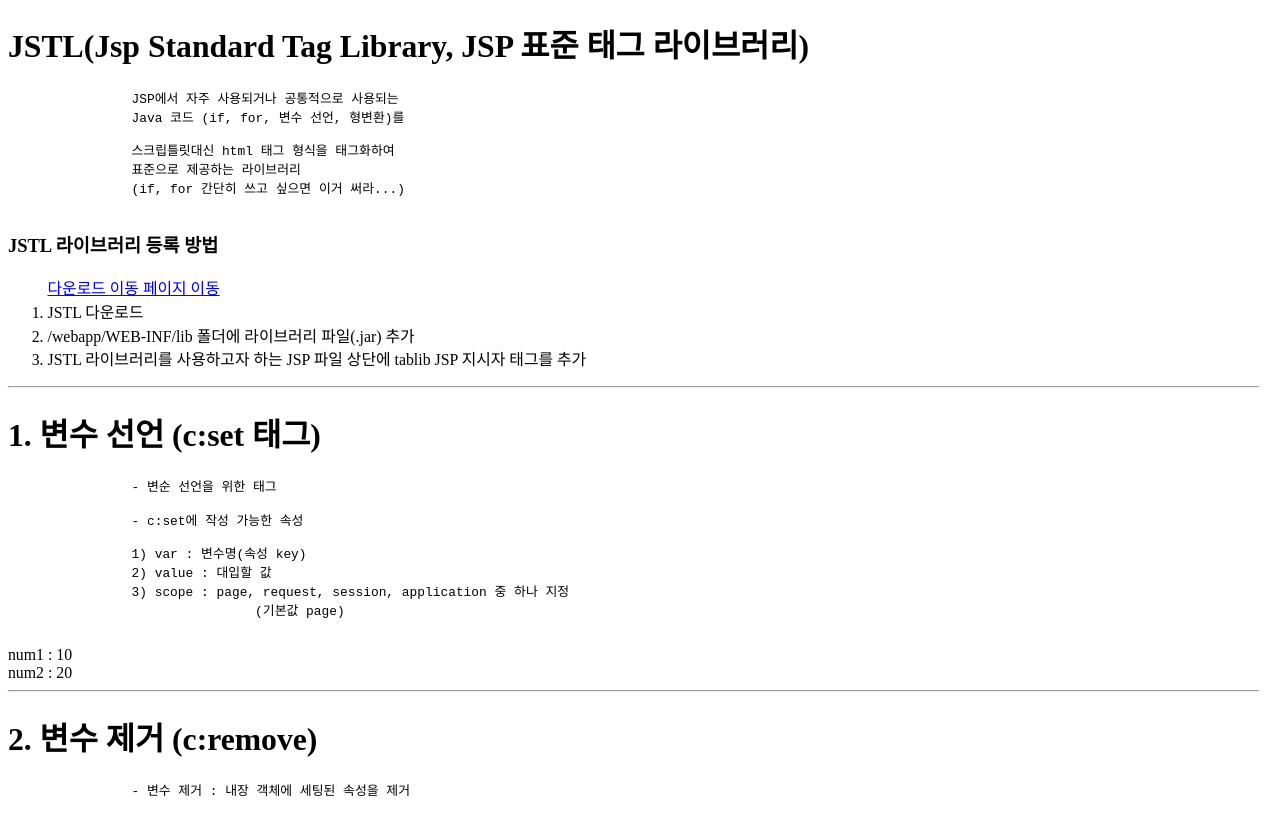
Repository: ahnjaeyoun/6_Server
Page: http://localhost/JSPProject2/jstl/main
An editor plug-in stored every save of this project. The page is shown before and after the next save, followed by the edit.
The browser window is 1280 px wide. The pictures show the whole page, at 99% of full size.
The page is served by Tomcat 9.

Above is the page before, as saved 2023-09-19 03:31:28.

After the next save:
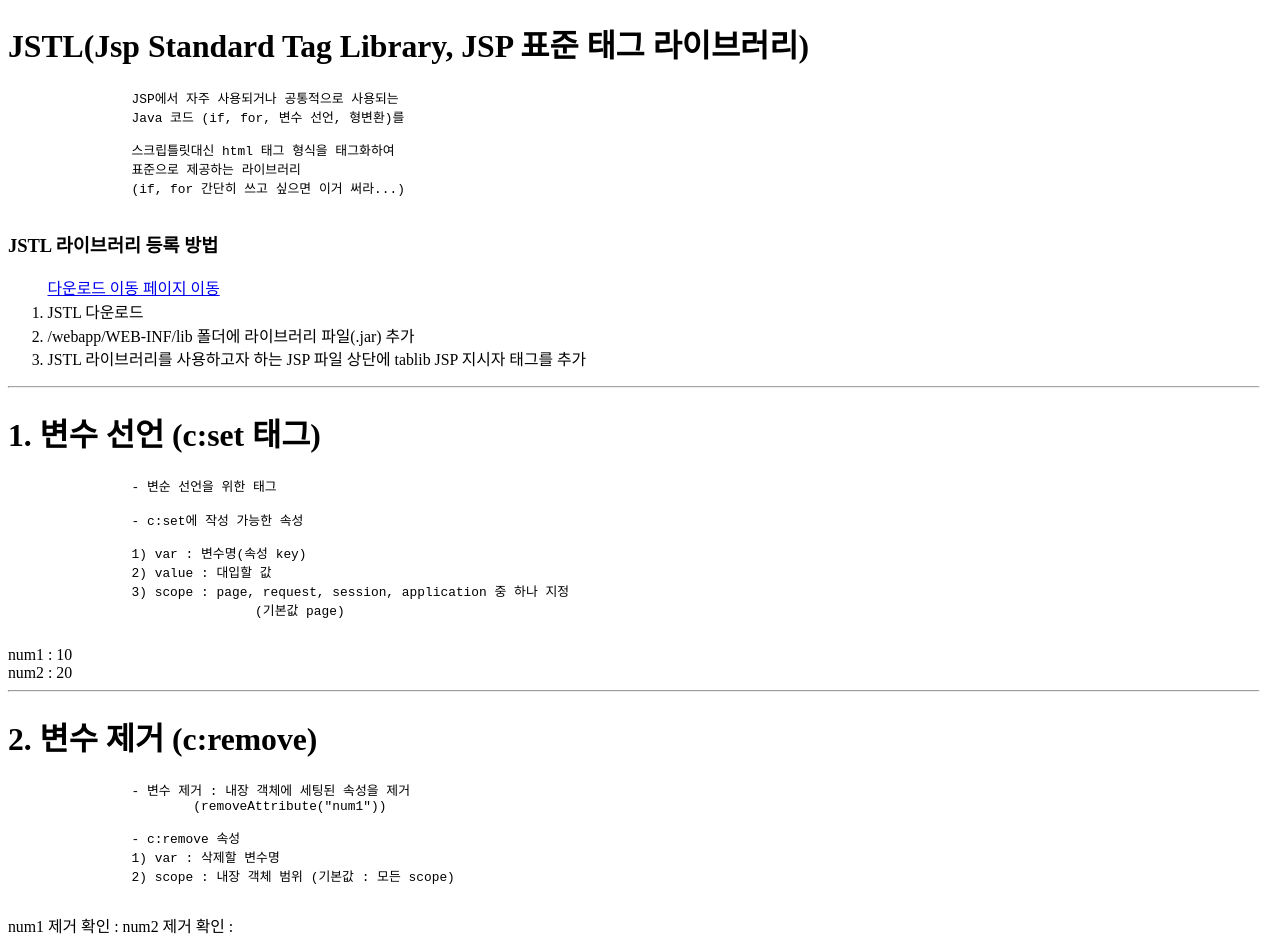
Saved 3 min 4 s later.
--- a/JSPProject2/src/main/webapp/WEB-INF/views/jstl/main.jsp
+++ b/JSPProject2/src/main/webapp/WEB-INF/views/jstl/main.jsp
@@ -89,7 +89,21 @@
 	<h1>2. 변수 제거 (c:remove)</h1>
 	<pre>
 		- 변수 제거 : 내장 객체에 세팅된 속성을 제거
+			(removeAttribute("num1"))
+
+		- c:remove 속성
+		1) var : 삭제할 변수명
+		2) scope : 내장 객체 범위 (기본값 : 모든 scope)
 	</pre>
+
+	<%
+		pageContext.removeAttribute("num1");
+	%>
+	num1 제거 확인 : ${ num1 }
+
+	<c:remove var="num2" />
+
+	num2 제거 확인 : ${ num2 }
 
 
 
